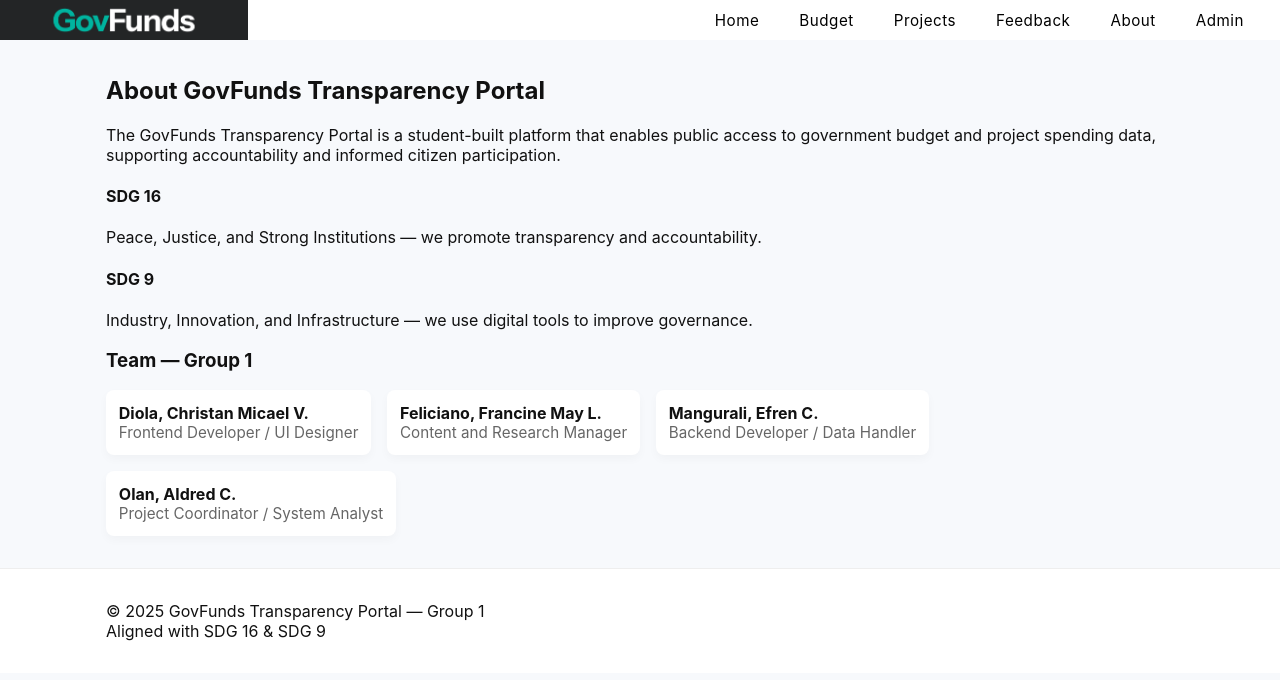
Repository: efren319/GovFunds
Page: http://localhost/about
These files come from the project's save history. The page is drawn as it stood at one moment and after the next save; the edit follows.
The browser window is 1280 px wide. The pictures show the whole page.
The page is served by the project's application, run on Flask 3 (app.py).

Above is the page before, as saved 2025-11-10 21:43:07.

### templates/about.html
<!-- templates/about.html -->
{% extends "base.html" %}
{% block content %}
<h2>About GovFunds Transparency Portal</h2>
<p>The GovFunds Transparency Portal is a student-built platform that enables public access to government budget and project spending data, supporting accountability and informed citizen participation.</p>

<section class="sdg-cards">
  <div class="sdg">
    <h4>SDG 16</h4>
    <p>Peace, Justice, and Strong Institutions — we promote transparency and accountability.</p>
  </div>
  <div class="sdg">
    <h4>SDG 9</h4>
    <p>Industry, Innovation, and Infrastructure — we use digital tools to improve governance.</p>
  </div>
</section>

<h3>Team — Group 1</h3>
<div class="team-grid">
  {% for t in team %}
  <div class="team-card">
    <strong>{{ t.name }}</strong>
    <div class="muted">{{ t.role }}</div>
  </div>
  {% endfor %}
</div>
{% endblock %}

### templates/base.html
<!-- templates/base.html -->
<!doctype html>
<html lang="en">
<head>
  <meta charset="utf-8">
  <meta name="viewport" content="width=device-width,initial-scale=1">
  <title>GovFunds Transparency Portal</title>
  <link rel="stylesheet" href="{{ url_for('static', filename='style.css') }}?v=3">
  <script src="https://cdn.jsdelivr.net/npm/chart.js"></script>
</head>
<body>
  <header class="nav">
    <div class="logo"><a href="{{ url_for('home') }}"><img src="{{ url_for('static', filename='logo.png') }}" alt="GovFunds Logo"></a></div>
    <div class="nav-inner">
      <nav>
        <a href="{{ url_for('home') }}">Home</a>
        <a href="{{ url_for('budget') }}">Budget</a>
        <a href="{{ url_for('projects') }}">Projects</a>
        <a href="{{ url_for('feedback') }}">Feedback</a>
        <a href="{{ url_for('about') }}">About</a>
        <a href="{{ url_for('admin') }}" class="admin-link">Admin</a>
      </nav>
    </div>
  </header>

  {% block hero %}{% endblock %}

  <main class="container">
    {% with messages = get_flashed_messages(with_categories=true) %}
      {% if messages %}
        <div class="flash-list">
          {% for category, msg in messages %}
            <div class="flash {{ category }}">{{ msg }}</div>
          {% endfor %}
        </div>
      {% endif %}
    {% endwith %}
    {% block content %}{% endblock %}
  </main>

  <footer class="footer">
    <div class="container">
      <div>© 2025 GovFunds Transparency Portal — Group 1</div>
      <div>Aligned with SDG 16 & SDG 9</div>
    </div>
  </footer>
</body>
</html>

### app.py
# app.py
from flask import Flask, render_template, g, request, redirect, url_for, jsonify, flash
import sqlite3
import os

BASE_DIR = os.path.dirname(os.path.abspath(__file__))
DB_PATH = os.path.join(BASE_DIR, 'govfunds.db')
DATABASE = "govfunds.db"

app = Flask(__name__)
app.secret_key = 'replace-with-a-secure-key'  # change in production

def get_db():
    db = getattr(g, "_database", None)
    if db is None:
        db = g._database = sqlite3.connect(DATABASE)
        db.row_factory = sqlite3.Row  # <-- this is important
    return db

@app.teardown_appcontext
def close_connection(exception):
    db = getattr(g, '_database', None)
    if db is not None:
        db.close()

# Home
@app.route('/')
def home():
    db = get_db()
    cur = db.execute("SELECT COUNT(*) as cnt, SUM(allocated_budget) as total_alloc, SUM(spent) as total_spent FROM projects")
    stats = cur.fetchone()
    projects_count = stats['cnt'] or 0
    total_alloc = stats['total_alloc'] or 0
    total_spent = stats['total_spent'] or 0
    return render_template('home.html',
                           projects_count=projects_count,
                           total_alloc=total_alloc,
                           total_spent=total_spent)

@app.route('/budget')
def budget():
    db = get_db()
    projects = db.execute("SELECT * FROM projects").fetchall()

    # Get selected year from query parameter (default to 2025)
    selected_year = request.args.get('year', 2025, type=int)

    # Annual budgets data
    annual_budgets = {
        2023: 5268000000000,
        2024: 5768000000000,
        2025: 6326000000000
    }

    # Get department budget data from database for selected year
    department_budgets = db.execute(
        "SELECT department, budget FROM department_budgets WHERE year = ? ORDER BY budget DESC",
        (selected_year,)
    ).fetchall()

    dept_labels = [d['department'] for d in department_budgets]
    dept_data = [d['budget'] for d in department_budgets]

    # Get regional budget data from database for selected year
    regional_budgets = db.execute(
        "SELECT region, budget FROM region_budgets WHERE year = ? ORDER BY region",
        (selected_year,)
    ).fetchall()

    region_labels = [r['region'] for r in regional_budgets]
    region_data = [r['budget'] for r in regional_budgets]

    # Get available years
    available_years = db.execute(
        "SELECT DISTINCT year FROM region_budgets ORDER BY year DESC"
    ).fetchall()
    years = [row['year'] for row in available_years]

    print("Department Labels:", dept_labels)
    print("Department Data:", dept_data)
    print("Region Labels:", region_labels)
    print("Region Data:", region_data)
    print("Selected Year:", selected_year)

    return render_template(
        'budget.html',
        projects=projects,
        dept_labels=dept_labels,
        dept_data=dept_data,
        region_labels=region_labels,
        region_data=region_data,
        selected_year=selected_year,
        available_years=years,
        annual_budget=annual_budgets.get(selected_year, 0),
        department_budgets_list=department_budgets
    )


# API endpoint for budget data (used by Chart.js)
@app.route('/api/budget_data')
def budget_data():
    db = get_db()
    cur = db.execute("SELECT department, SUM(allocated_budget) as allocated, SUM(spent) as spent FROM projects GROUP BY department")
    rows = [dict(r) for r in cur.fetchall()]
    return jsonify(rows)

# Projects listing
@app.route('/projects')
def projects():
    db = get_db()
    cur = db.execute("SELECT * FROM projects ORDER BY id DESC")
    projects = cur.fetchall()
    return render_template('projects.html', projects=projects)

# Project detail
@app.route('/project/<int:pid>')
def project_detail(pid):
    db = get_db()
    cur = db.execute("SELECT * FROM projects WHERE id = ?", (pid,))
    project = cur.fetchone()
    if not project:
        flash('Project not found', 'warning')
        return redirect(url_for('projects'))
    return render_template('project_detail.html', project=project)

# Feedback form
@app.route('/feedback', methods=['GET', 'POST'])
def feedback():
    db = get_db()
    if request.method == 'POST':
        name = request.form.get('name', '').strip()
        email = request.form.get('email', '').strip()
        message = request.form.get('message', '').strip()
        if not message:
            flash('Please enter a message', 'danger')
            return redirect(url_for('feedback'))
        db.execute("INSERT INTO feedback (name,email,message) VALUES (?,?,?)", (name, email, message))
        db.commit()
        flash('Thank you — your feedback has been submitted.', 'success')
        return redirect(url_for('feedback'))
    cur = db.execute("SELECT * FROM feedback ORDER BY created_at DESC LIMIT 10")
    recent = cur.fetchall()
    return render_template('feedback.html', recent=recent)

# About
@app.route('/about')
def about():
    team = [
        {'name': 'Diola, Christan Micael V.', 'role': 'Frontend Developer / UI Designer'},
        {'name': 'Feliciano, Francine May L.', 'role': 'Content and Research Manager'},
        {'name': 'Mangurali, Efren C.', 'role': 'Backend Developer / Data Handler'},
        {'name': 'Olan, Aldred C.', 'role': 'Project Coordinator / System Analyst'}
    ]
    return render_template('about.html', team=team)

# Simple admin to add projects (demo only — protect in production)
@app.route('/admin', methods=['GET', 'POST'])
def admin():
    db = get_db()
    if request.method == 'POST':
        name = request.form.get('name','').strip()
        dept = request.form.get('department','').strip()
        desc = request.form.get('description','').strip()
        allocated = float(request.form.get('allocated_budget') or 0)
        spent = float(request.form.get('spent') or 0)
        status = request.form.get('status') or 'Planned'
        region = request.form.get('region','').strip()
        db.execute(
            "INSERT INTO projects (name, department, description, allocated_budget, spent, status, region) VALUES (?,?,?,?,?,?,?)",
            (name, dept, desc, allocated, spent, status, region)
        )
        db.commit()
        flash('Project added.', 'success')
        return redirect(url_for('admin'))
    cur = db.execute("SELECT * FROM projects ORDER BY id DESC LIMIT 50")
    projects = cur.fetchall()
    return render_template('admin.html', projects=projects)

if __name__ == '__main__':
    app.run(debug=True)

### static/style.css
/* static/style.css */

:root {
  --navy: #00B49F;
  --gold: #FFD700;
  --muted: #666;
  --bg: #f7f9fc;
}

* {
  box-sizing: border-box;
}

html {
  margin: 0;
  padding: 0;
}

body {
  font-family: Inter, Roboto, Poppins, Arial, sans-serif;
  margin: 0;
  padding: 0;
  background: var(--bg);
  color: #111;
}

.container {
  max-width: 1100px;
  margin: 0 auto;
  padding: 1rem;
}

.logo img {
  height: 40px;
}

/* Navigation Styles */
.nav {
  background: #ffffff;
  color: #fff;
  position: sticky;
  top: 0;
  z-index: 100;
  display: flex;
  align-items: stretch;
  padding: 0;
  gap: 0;
  margin: 0;
  width: 100%;
}

.logo {
  flex-shrink: 0;
  display: flex;
  align-items: stretch;
  margin: 0;
  background: #ffffff;
}

.logo a {
  text-decoration: none;
  display: flex;
  align-items: center;
  padding: 0px;
  margin: 0;
}

.logo img {
  height: 40px;
}

.nav-inner {
  display: flex;
  justify-content: flex-end;
  align-items: stretch;
  flex: 1;
  padding: 0 36px;
}

nav {
  display: flex;
  gap: 2.5rem;
  align-items: center;
  height: 100%;
}

nav a {
  color: #000;
  text-decoration: none;
  font-weight: 400;
  font-size: 0.95rem;
  letter-spacing: 0.5px;
  display: flex;
  align-items: center;
  height: 100%;
}

nav a.admin-link {
  background: transparent;
  color: #000;
  padding: 0;
  border-radius: 0;
}

/* Hero Section */
.hero {
  background: #fff;
  padding: 2rem;
  border-radius: 8px;
  margin: 1rem 0;
  box-shadow: 0 6px 18px rgba(3, 3, 3, 0.06);
}

/* Annual Budget Hero Section - Full Width */
.annual-budget-hero {
  background: url('/static/budget_bg.png') center/cover;
  color: #fff;
  padding: 4rem 2rem;
  margin: 0;
  margin-top: -70px;
  box-shadow: 0 8px 24px rgba(0, 0, 0, 0.15);
  width: 100vw;
  position: relative;
  left: 50%;
  right: 50%;
  margin-left: -50vw;
  margin-right: -50vw;
}

.annual-budget-hero-content {
  display: flex;
  justify-content: space-between;
  align-items: center;
  gap: 2rem;
  flex-wrap: wrap;
  max-width: 1400px;
  padding-top: 30px;
  margin: 0 auto;
}

.annual-budget-left {
  flex: 1;
  min-width: 300px;
  background: #1e1e1e;
  border-radius: 16px;
  padding: 15px;
}

.annual-budget-left p {
  margin: 0 0 0.5rem;
  font-size: 1.5rem;
  opacity: 0.9;
}

.annual-budget-left h1 {
  color: #00B49F;
  margin: 0;
  font-size: 3.0rem;
  font-weight: 700;
}

.annual-budget-left p:last-child {
  margin: 0.5rem 0 0;
  font-size: 1.5rem;
  opacity: 0.9;
}

.annual-budget-right {
  flex: 1;
  min-width: 300px;
  background: rgba(255, 255, 255, 0.1);
  padding: 1.2rem;
  border-radius: 16px;
  border: 2px solid #1e1e1e79;
  backdrop-filter: blur(10px);
}

.annual-budget-right p {
  margin: 0;
}

.annual-budget-right p:first-child {
  margin: 0 0 0.5rem;
  font-size: 1.2rem;
  opacity: 0.9;
}

#deptName {
  margin: 0.5rem 0;
  font-size: 1.6rem;
  font-weight: 600;
}

#deptBudget {
  color: #1e1e1e;
  margin: 0;
  font-size: 2.5rem;
  font-weight: 700;
}

.hero h1 {
  margin: 0 0 .25rem;
  font-size: 1.8rem;
}

.hero p {
  margin: 0 0 1rem;
  color: var(--muted);
}

.hero-cta .btn {
  margin-right: 0.6rem;
}

.btn {
  background: var(--navy);
  color: #fff;
  padding: 0.6rem 1rem;
  border: none;
  border-radius: 6px;
  text-decoration: none;
  display: inline-block;
}

.btn.outline {
  background: transparent;
  border: 2px solid var(--navy);
  color: var(--navy);
}

.hero-stats {
  display: flex;
  gap: 1rem;
  margin-top: 1rem;
}

.stat {
  background: #f1f6fb;
  padding: 0.8rem;
  border-radius: 8px;
  flex: 1;
  text-align: center;
}

.stat-value {
  font-weight: 700;
  font-size: 1.1rem;
}

.stat-label {
  color: var(--muted);
  font-size: 0.9rem;
}

/* Cards and Quick Links */
.quick-cards {
  display: flex;
  gap: 1rem;
  margin: 1rem 0;
}

.card {
  flex: 1;
  background: #fff;
  padding: 1rem;
  border-radius: 8px;
  box-shadow: 0 6px 12px rgba(3, 3, 3, 0.04);
}

.small-link {
  display: inline-block;
  margin-top: 0.6rem;
  color: var(--navy);
  text-decoration: none;
}

/* Charts and Tables */
.chart-row {
  background: #fff;
  padding: 1rem;
  border-radius: 8px;
  margin: 1rem 0;
}

.table-section {
  background: #fff;
  padding: 1rem;
  border-radius: 8px;
  margin: 1rem 0;
}

.data-table {
  width: 100%;
  border-collapse: collapse;
}

.data-table th,
.data-table td {
  padding: 0.6rem;
  border-bottom: 1px solid #eee;
  text-align: left;
}

/* Projects Grid */
.projects-grid {
  display: grid;
  grid-template-columns: repeat(auto-fit, minmax(260px, 1fr));
  gap: 1rem;
}

.project-card {
  background: #fff;
  padding: 1rem;
  border-radius: 8px;
  box-shadow: 0 6px 12px rgba(3, 3, 3, 0.04);
}

.project-meta {
  display: flex;
  gap: 1rem;
  justify-content: space-between;
  margin-top: 0.5rem;
  color: var(--muted);
  font-size: 0.9rem;
}

/* Forms */
.form {
  background: #fff;
  padding: 1rem;
  border-radius: 8px;
  box-shadow: 0 6px 12px rgba(3, 3, 3, 0.04);
}

.form-row {
  margin-bottom: 0.6rem;
  display: flex;
  gap: 0.5rem;
}

.form-row input,
.form-row textarea,
select {
  flex: 1;
  padding: 0.6rem;
  border: 1px solid #ddd;
  border-radius: 6px;
}

/* Feedback */
.feedback-list {
  list-style: none;
  padding: 0;
}

.feedback-list li {
  background: #fff;
  padding: 0.8rem;
  margin-bottom: 0.6rem;
  border-radius: 6px;
}

.muted {
  color: var(--muted);
  font-size: 0.95rem;
}

/* Footer */
.footer {
  background: #fff;
  padding: 1rem;
  margin-top: 1rem;
  border-top: 1px solid #eee;
}

/* Team Section */
.team-grid {
  display: flex;
  gap: 1rem;
  flex-wrap: wrap;
}

.team-card {
  background: #fff;
  padding: 0.8rem;
  border-radius: 8px;
  min-width: 200px;
  box-shadow: 0 4px 10px rgba(3, 3, 3, 0.03);
}

/* Flash Messages */
.flash-list .flash {
  margin: 0.6rem 0;
  padding: 0.6rem;
  border-radius: 6px;
}

.flash.success {
  background: #e6f9ec;
  color: #084c22;
}

.flash.danger {
  background: #fdecea;
  color: #7a1b1b;
}

.flash.warning {
  background: #fff4e5;
  color: #5b3b00;
}

After the next save:
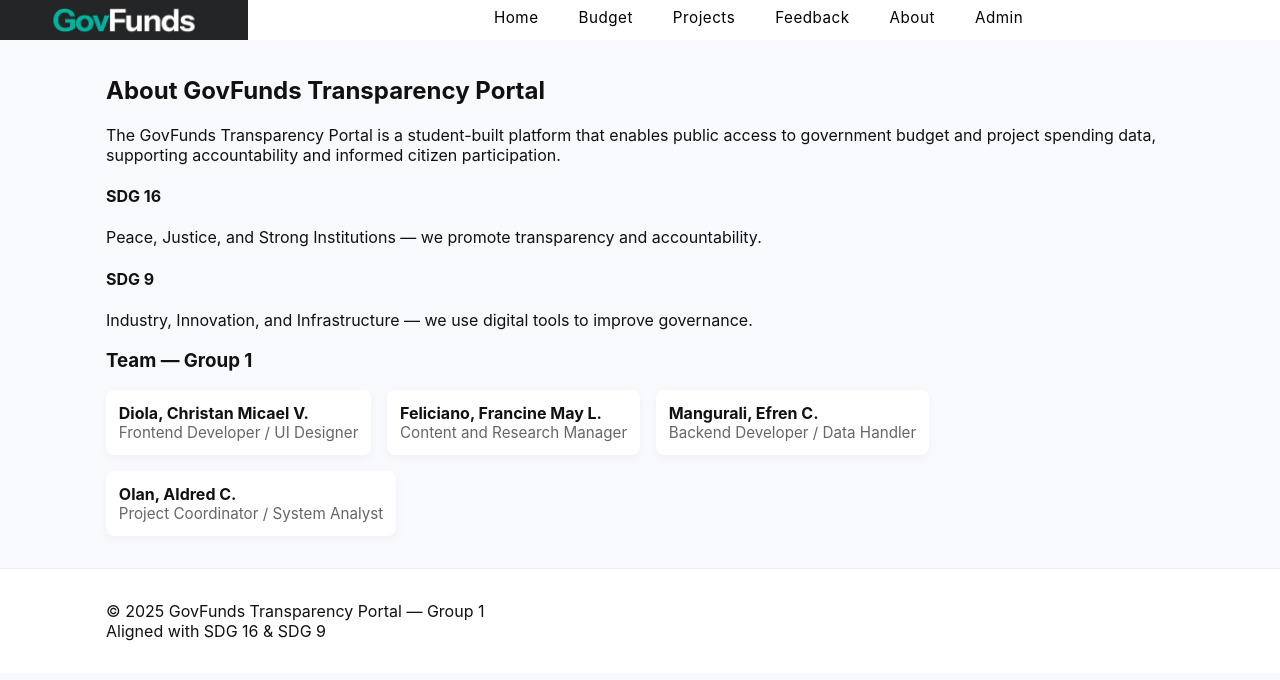
Saved 8 s later.
--- a/static/style.css
+++ b/static/style.css
@@ -70,11 +70,12 @@ body {
 }
 
 .nav-inner {
-  display: flex;
-  justify-content: flex-end;
-  align-items: stretch;
-  flex: 1;
-  padding: 0 36px;
+display: flex;
+width: 1021px;
+height: 35px;
+justify-content: center;
+align-items: center;
+flex-shrink: 0;
 }
 
 nav {
